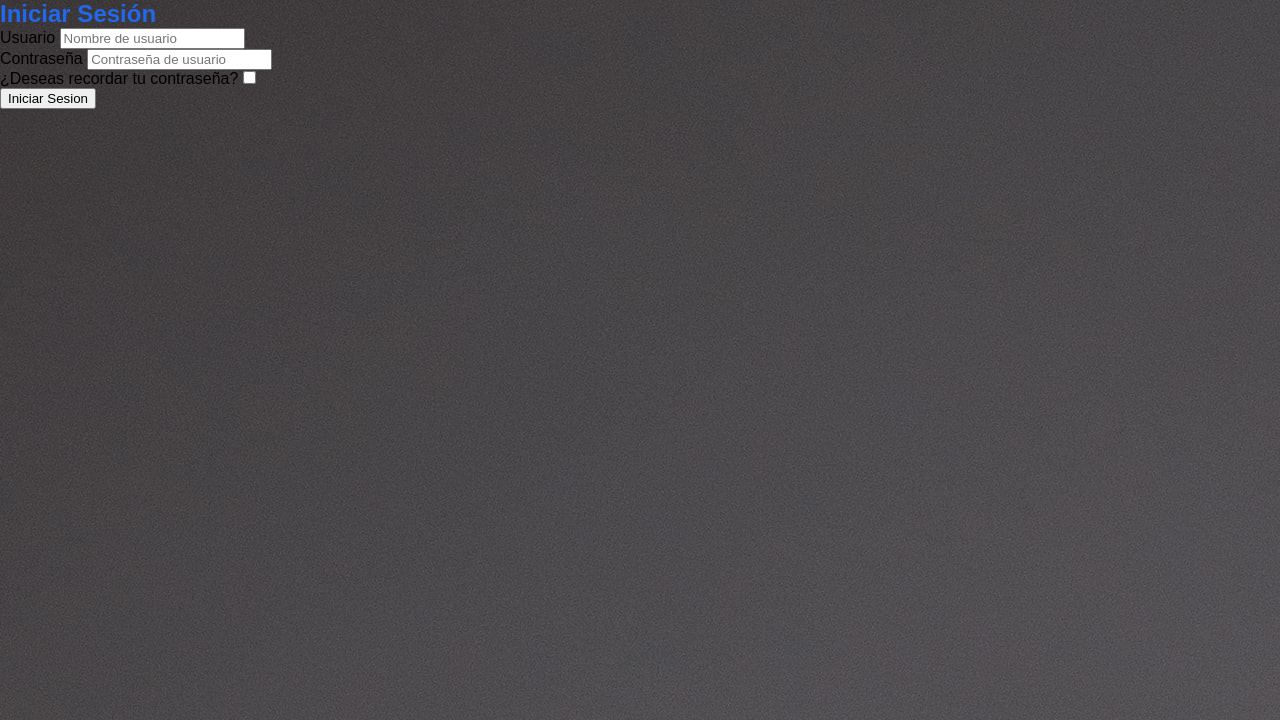
Repository: TzMichaelYT/ModuloHTMLCSS
Page: formularioHTML/index.html
The author's editor kept a copy of each file at every save. The page is drawn from the files as they stood at one save, then again after the next save.
The browser window is 1280 px wide. The pictures show the whole page.

Above is the page before, as saved 2021-07-14 19:36:52.

### formularioHTML/index.html
<!DOCTYPE html>
<html lang="es">
  <head>
    <meta charset="UTF-8" />
    <meta http-equiv="X-UA-Compatible" content="IE=edge" />
    <meta name="viewport" content="width=device-width, initial-scale=1.0" />
    <title>Iniciar Sesion</title>

    <!-- Estilos CSS -->
    <link rel="stylesheet" href="./styles/styles.css">

  </head>
  <body class="bg-matica">
    <!-- Seccion login -->
    <section class="screen-form">
      <!-- Contenedor del formulario -->
      <div class="bg-white form-container">
        <form>
          <!-- Contenedor del titulo -->
          <div>
            <h1 class="header-color">Iniciar Sesi&oacute;n</h1>
          </div>

          <!-- Inputs de inicio de sesion-->
          <div>
            <label for="usuario">Usuario</label>
            <input type="text" id="usuario" placeholder="Nombre de usuario" />
          </div>

          <div>
            <label for="password">Contraseña</label>
            <input
              type="password"
              id="password"
              placeholder="Contraseña de usuario"
            />
          </div>

          <div>
            <label for="check">¿Deseas recordar tu contraseña?</label>
            <input type="checkbox" id="check" />
          </div>

          <div>
              <button type="submit">Iniciar Sesion</button>
          </div>
        </form>
      </div>
    </section>
  </body>
</html>

### formularioHTML/styles/styles.css
/*Estilos Genarales*/
* {
    font-family: Arial, Helvetica, sans-serif;
    margin: 0;
}

/* Color del titulo */
.header-color {
    color: #2168ec;
}

/* Imagen de fondo */
.bg-matica {
    background-image: url('../img/matica.jpg');
}
/* contendedor formulario */

/* contenedores de inputs */

/* estilos de botones */

/*Alineacion Formulario*/

After the next save:
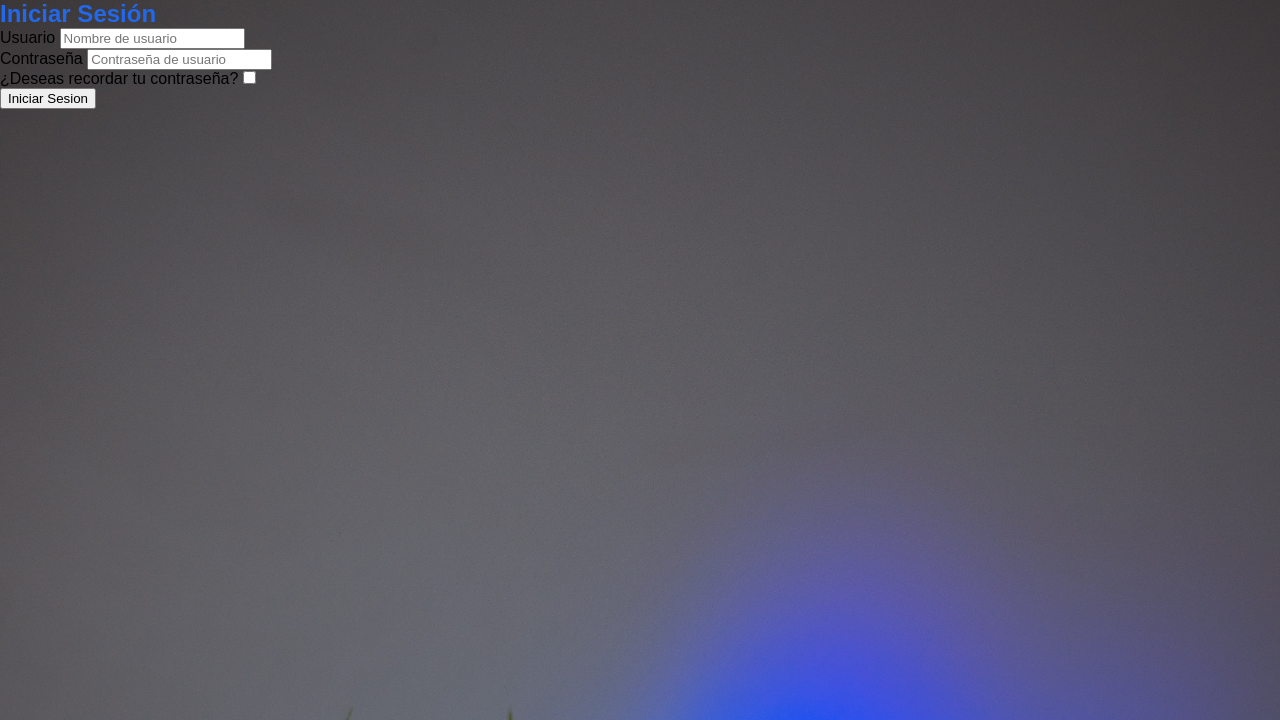
Saved 54 s later.
--- a/formularioHTML/styles/styles.css
+++ b/formularioHTML/styles/styles.css
@@ -12,6 +12,8 @@
 /* Imagen de fondo */
 .bg-matica {
     background-image: url('../img/matica.jpg');
+    background-size: cover;
+    background-repeat: no-repeat;
 }
 /* contendedor formulario */
 
